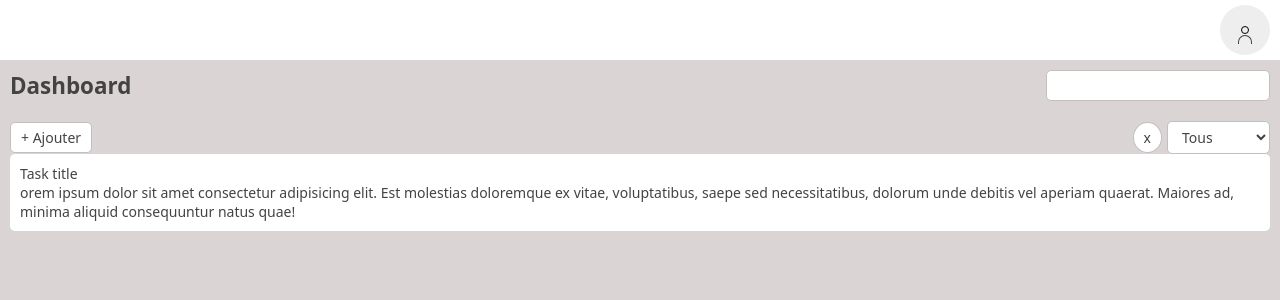
Repository: zpaulange/task_manager
Page: dashboard/index.html
An editor plug-in stored every save of this project. The page is shown before and after the next save, followed by the edit.
The browser window is 1280 px wide. The pictures show the whole page.

Above is the page before, as saved 2025-03-06 15:17:05.

### dashboard/index.html
<!DOCTYPE html>
<html lang="en">
<head>
    <meta charset="UTF-8">
    <meta name="viewport" content="width=device-width, initial-scale=1.0">
    <link rel="stylesheet" href="../assets/styles/dashboard/style.css">
    <title>Document</title>
</head>
<body>
  <section class="dashboard">
    <div class="dashboard_right">
      <nav class="dashbaord_nav">
        <a href="#" class="dashbaord_nav_avatar">
          <span></span>
        </a>
      </nav>
      <main class="main">
        <div class="main_header">
          <h1 class="main_header_title">Dashboard</h1>
          <input type="search" name="search" class=" main_header_search">
        </div>
        <div class="main_header_actions">
          <div class="main_header_actions_left">
            <button class="main_header_actions_btn">+ Ajouter</button>
          </div>
          <div class="main_header_actions_right">
            <button class="main_header_actions_right_btnDel rounded-btn del">x</button>
            <select name="filter" class="main_header_actions_right_filter" id="">
              <option value="0">Tous</option>
              <option value="1">En cours</option>
              <option value="2">Annulés</option>
              <option value="3">Terminés</option>
            </select>
          </div>
        </div>
        <section class="main-task">
          <div class="main-task__content">
            <div class="main-task__content-item">
              <div class="main-task__content-item__title">
                Task title
              </div>
              <div class="main-task__content-item__desc">
                <p>
                  orem ipsum dolor sit amet consectetur adipisicing elit. Est molestias doloremque ex vitae, voluptatibus, saepe sed necessitatibus, dolorum unde debitis vel aperiam quaerat. Maiores ad, minima aliquid consequuntur natus quae!
                </p>
              </div>
            </div>
            <!-- <section class="box box-center">
              <h1>Aucune tache disponible...</h1>
            </section> -->
          </div>

        </section>
      </main>
    </div>
  </section>

</body>
</html>

### assets/styles/dashboard/style.css
*{
  margin:0;
  padding:0;
  box-sizing: border-box;
  position:relative;
  font-family: system-ui, sans-serif;
  font-size: 14px;
  color:#434343;
}
body{
  overflow-x: hidden;
}
a{
  text-decoration: none;
}
a:active, a:hover{
  color:#434343;
}
img{
  width: 100%;
  height: auto;
}
ul li{
  list-style: none;
}
input[type="search"],
input[type="text"],
input[type="date"]{
  padding:5px 10px;
  border-radius:5px;
  border:1px solid silver
}
input:focus, select:focus{
  outline: none;
}

.dashboard{
  min-height: 100vh;
  background-color: #dbd4d4;
}

.dashboard_right{
  min-height: 100vh;
}
.dashbaord_nav{
  background-color: #fff;
  padding:5px 10px;
  display: flex;
  align-items:center;
  justify-content: flex-end;
  z-index: 1000;
  position: sticky;
  top:0;
  left:0;
}
.dashbaord_nav_avatar{
  display: flex;
  align-items: center;
  justify-content: center;
  height:50px;
  width: 50px;
  border-radius:50%;
  background-color: #eee;

}
.dashbaord_nav_avatar span{
  display: inline-block;
  height: 8px;
  width: 8px;
  border-radius:50%;
  border:1px solid #000
}
.dashbaord_nav_avatar span:before{
  content:'';
  position: absolute;
  height: 8px;
  width: 12px;
  border:1px solid;
  left:50%;
  transform: translateX(-50%);
  top:8px;
  border-bottom: none;
  border-top-left-radius: 10px;
  border-top-right-radius: 10px;
}

.main{
  padding:10px;
}
.main_header_title{
  font-size: 1.6rem;
}
.box{
  min-height: calc(100vh - 180px);
  background-color: #fff;
  border-radius:5px;
  padding:10px;
  margin-top:20px
}
.box.box-center{
  display: flex;
  align-items:center;
  justify-content: center;
}

.main_header{
  display: flex;
  justify-content: space-between;
  align-items:center;
  margin-bottom:20px;
}
.main_header_actions{
  display: flex;
  justify-content: space-between;
  align-items:center;
}
.main_header_actions_btn{
  padding:5px 10px;
  border-radius:5px;
  border:1px solid silver;
  background-color: #fff;
  cursor: pointer;
  transition: .2s;
}
.main_header_actions_btn:hover{
  background-color:blue;
  color:#fff;
}
.main_header_actions_right{
  display: flex;
  align-items:center;
  gap:5px;
}
.rounded-btn{
  padding:5px 10px;
  border-radius:50%;
  border:1px solid silver;
  background-color: #fff;
  cursor: pointer;
  transition: .2s;
  cursor:pointer;
}
.rounded-btn.del:hover{
  background-color:red;
  color:#fff;
}
.main_header_actions_right_filter{
  padding:5px 10px;
  border-radius:5px;
  border:1px solid silver;
  background-color: #fff;
}

.main-task__content-item{
  background-color:#fff;
  padding:10px;
  border-radius:5px;

}

After the next save:
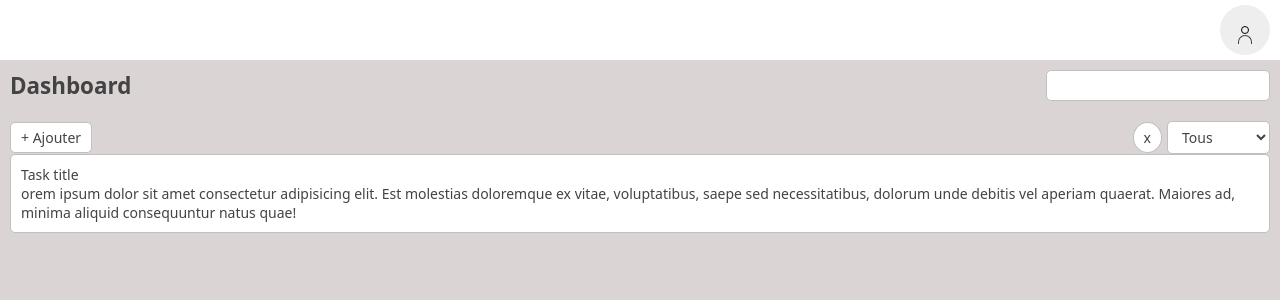
Saved 12 s later.
--- a/assets/styles/dashboard/style.css
+++ b/assets/styles/dashboard/style.css
@@ -155,5 +155,5 @@ input:focus, select:focus{
   background-color:#fff;
   padding:10px;
   border-radius:5px;
-
+  border:1px solid silver
 }
